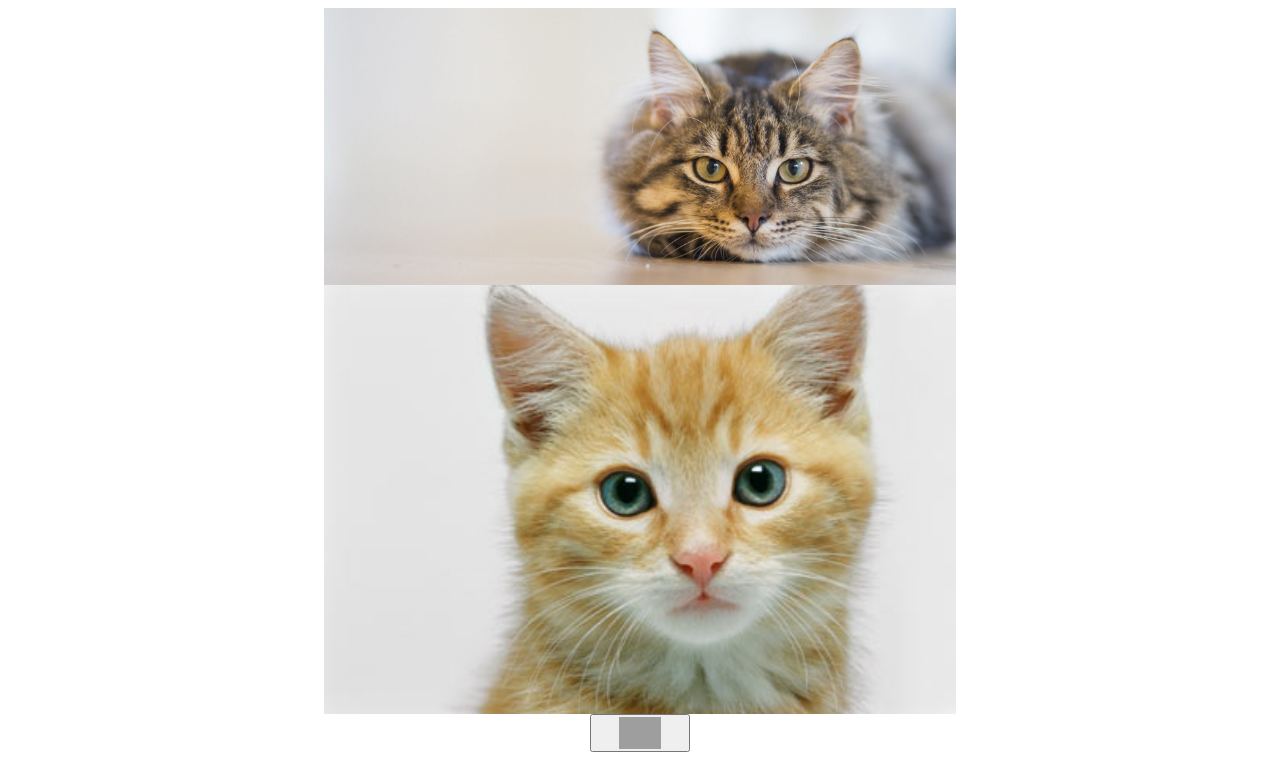
Repository: rortega1581/rortega1581.github.io
Page: 214/HelbertRee'sBlog/cats.html
The author's editor kept a record of every edit. The page is drawn from the files as they stood at one moment, then again after the next edit.
The browser window is 1280 px wide. The pictures show the whole page.
Pictures or frames that could not be fetched are drawn as grey boxes.

Above is the page before.

After the next edit:
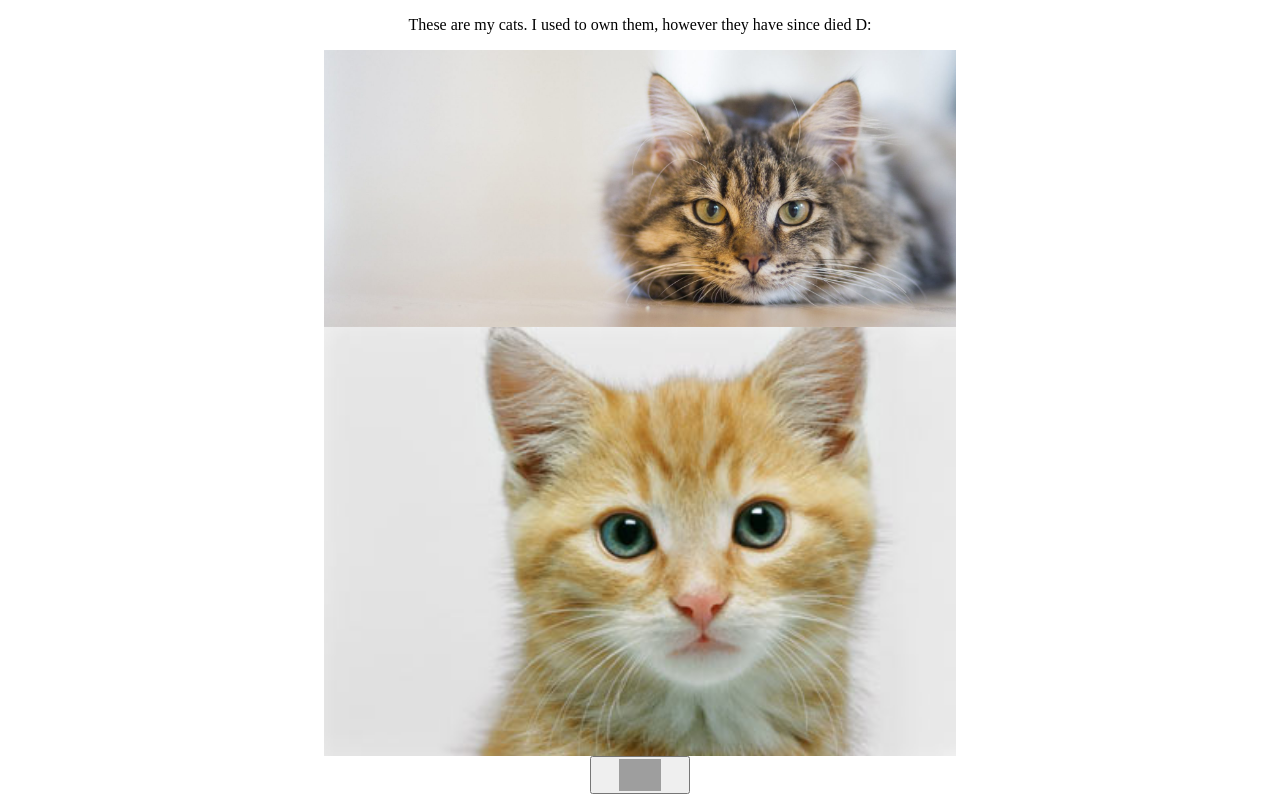
The edit:
--- a/214/HelbertRee'sBlog/cats.html
+++ b/214/HelbertRee'sBlog/cats.html
@@ -14,6 +14,9 @@
         </style>
         <link href="button.css" rel="stylesheet" type="text/css">
     </head>
+    <p>
+        These are my cats. I used to own them, however they have since died D:
+    </p>
     <body>
         <img src="../images/cats/cat1.jpg" alt="Cat" />
         <img src="../images/cats/cat2.jpg" alt="Cat" />
